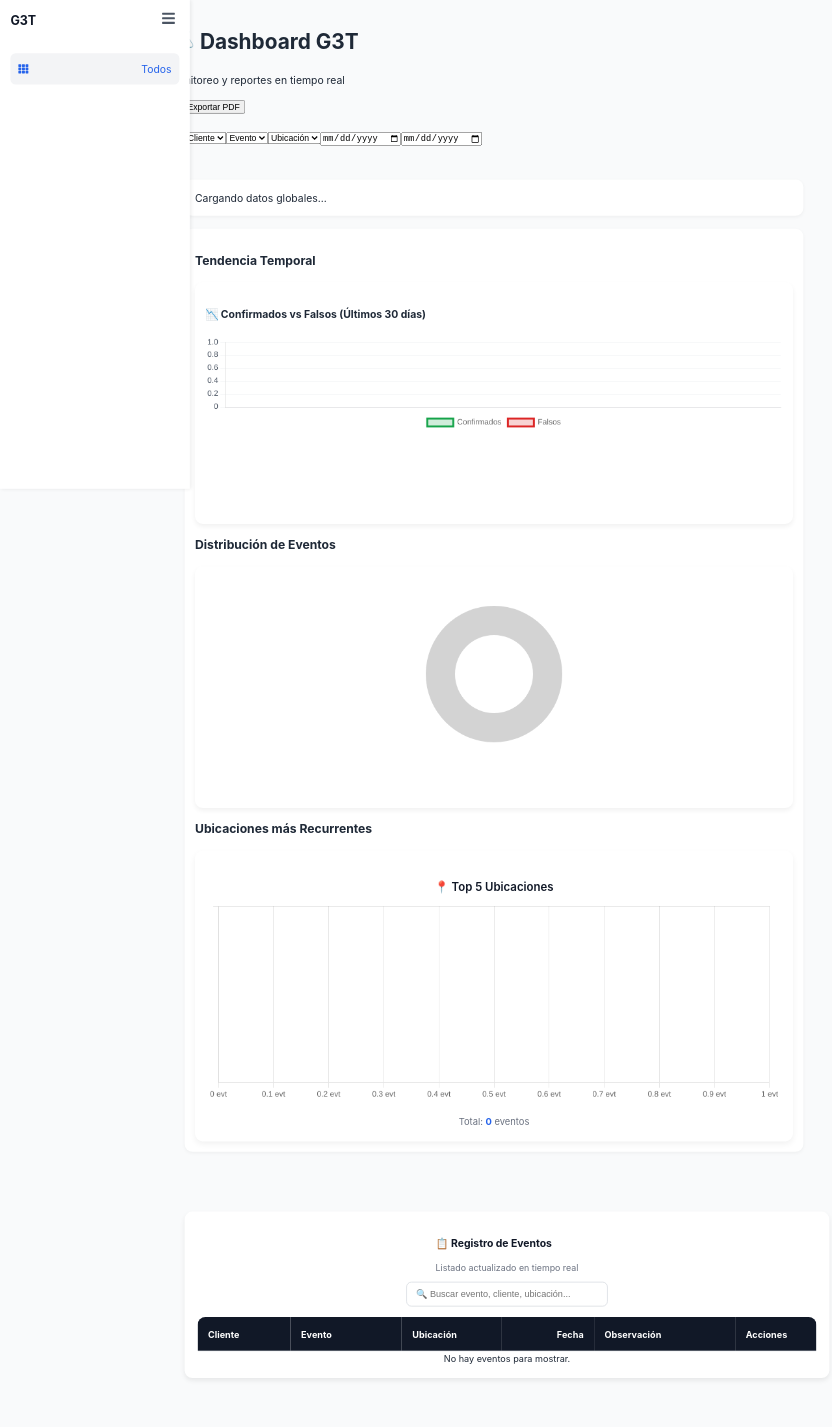
Repository: BBrian11/reportes
Page: /
An editor plug-in stored every save of this project. The page is shown before and after the next save, followed by the edit.
The browser window is 1280 px wide. The pictures show the whole page, at 65% of full size.
The page's requests for data from a server got no answer. The project was rebuilt for these pictures with package versions that can differ from the ones it lists, and the page was loaded fresh each time. Some packages were replaced by stand-ins written for this rebuild. No one was signed in, and anything a server would have sent is missing. Also part of the build but not shown: vite.config.js, src/components/Dashboard/BarChart.jsx, src/styles/tgsstats.css, src/components/Dashboard/TgsStats.jsx, src/styles/edificiostats.css, src/components/Dashboard/EdificioStats.jsx, src/styles/vtvstats.css, src/components/Dashboard/VtvStats.jsx and 5 more.

Above is the page before, as saved 2025-07-31 17:24:41.

After the next save:
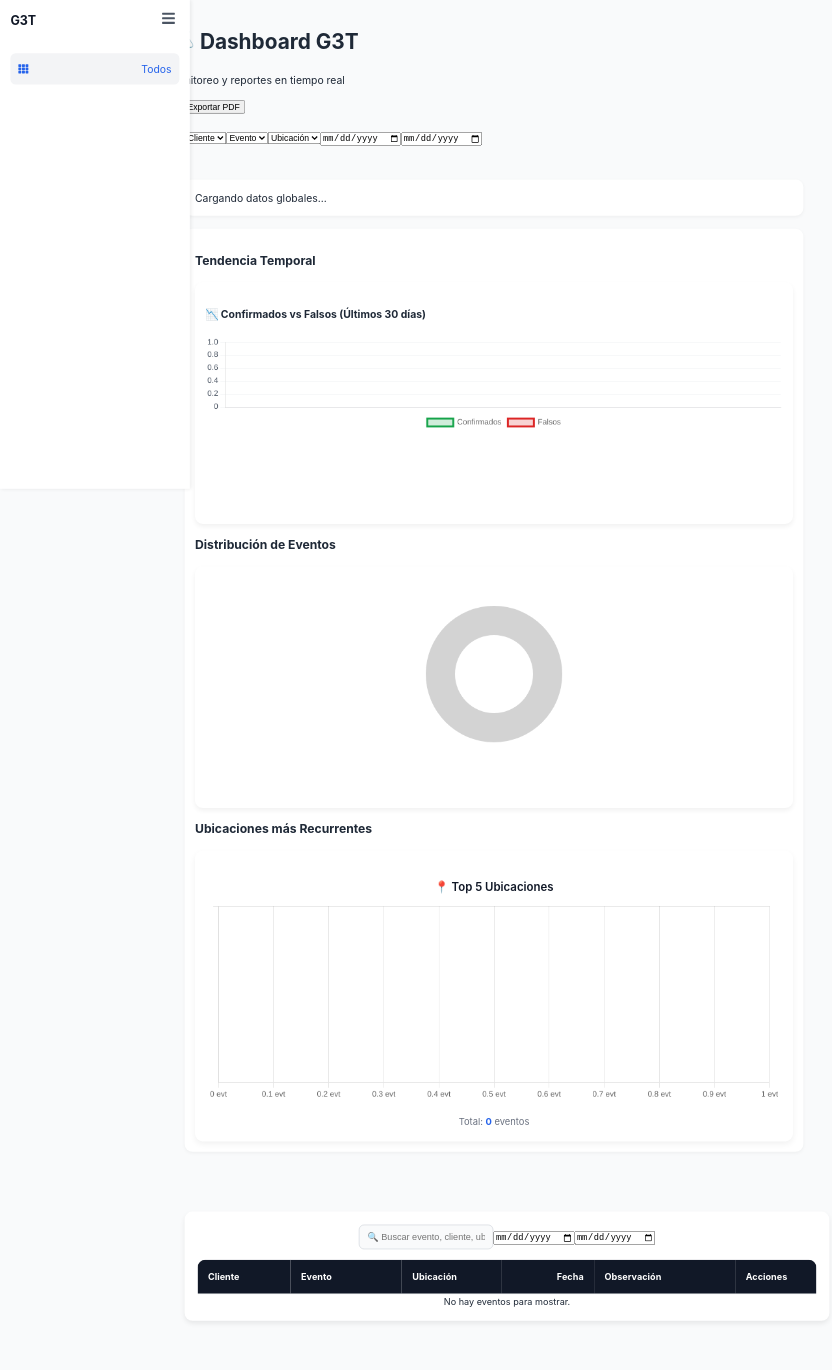
Saved 5 min 36 s later.
--- a/src/components/Dashboard/EventsTable.jsx
+++ b/src/components/Dashboard/EventsTable.jsx
@@ -8,7 +8,7 @@ import "../../styles/eventstable.css";
 
 const MySwal = withReactContent(Swal);
 
-// ✅ Tema personalizado para DataTable
+// ✅ Tema DataTable
 createTheme("g3tTheme", {
   text: { primary: "#1f2937", secondary: "#6b7280" },
   background: { default: "#ffffff" },
@@ -19,6 +19,8 @@ createTheme("g3tTheme", {
 
 export default function EventsTable({ eventos }) {
   const [filterText, setFilterText] = useState("");
+  const [startDate, setStartDate] = useState("");
+  const [endDate, setEndDate] = useState("");
 
   const columns = [
     { name: "Cliente", selector: (row) => row.cliente, sortable: true, grow: 1.2 },
@@ -54,13 +56,23 @@ export default function EventsTable({ eventos }) {
     rows: { style: { "&:hover": { backgroundColor: "#f9fafb", cursor: "pointer" } } },
   };
 
-  const filteredData = eventos.filter((item) =>
-    (item.cliente && item.cliente.toLowerCase().includes(filterText.toLowerCase())) ||
-    (item.evento && item.evento.toLowerCase().includes(filterText.toLowerCase())) ||
-    (item.ubicacion && item.ubicacion.toLowerCase().includes(filterText.toLowerCase())) ||
-    (item.observacion && item.observacion.toLowerCase().includes(filterText.toLowerCase()))
-  );
+  // ✅ Filtrar por texto y fecha
+  const filteredData = eventos.filter((item) => {
+    const matchesText =
+      (item.cliente && item.cliente.toLowerCase().includes(filterText.toLowerCase())) ||
+      (item.evento && item.evento.toLowerCase().includes(filterText.toLowerCase())) ||
+      (item.ubicacion && item.ubicacion.toLowerCase().includes(filterText.toLowerCase())) ||
+      (item.observacion && item.observacion.toLowerCase().includes(filterText.toLowerCase()));
 
+    const fechaEvento = item.fechaObj;
+    const matchesDate =
+      (!startDate || (fechaEvento && fechaEvento >= new Date(startDate))) &&
+      (!endDate || (fechaEvento && fechaEvento <= new Date(endDate)));
+
+    return matchesText && matchesDate;
+  });
+
+  // ✅ Editar observación con SweetAlert
   const handleEditObservation = async (event) => {
     const { value: newObservation } = await MySwal.fire({
       title: "Editar Observación",
@@ -107,18 +119,27 @@ export default function EventsTable({ eventos }) {
 
   return (
     <div className="event-table-card">
-      {/* ✅ Header con buscador */}
+      {/* ✅ Header con buscador y filtros */}
       <div className="table-header">
-        <div className="table-title-container">
-          <h3 className="table-title">📋 Registro de Eventos</h3>
-          <span className="table-subtitle">Listado actualizado en tiempo real</span>
-        </div>
-        <div className="table-search">
+        <div className="filters-container">
           <input
             type="text"
             placeholder="🔍 Buscar evento, cliente, ubicación..."
             value={filterText}
             onChange={(e) => setFilterText(e.target.value)}
+            className="filter-input"
+          />
+          <input
+            type="date"
+            value={startDate}
+            onChange={(e) => setStartDate(e.target.value)}
+            className="filter-date"
+          />
+          <input
+            type="date"
+            value={endDate}
+            onChange={(e) => setEndDate(e.target.value)}
+            className="filter-date"
           />
         </div>
       </div>
